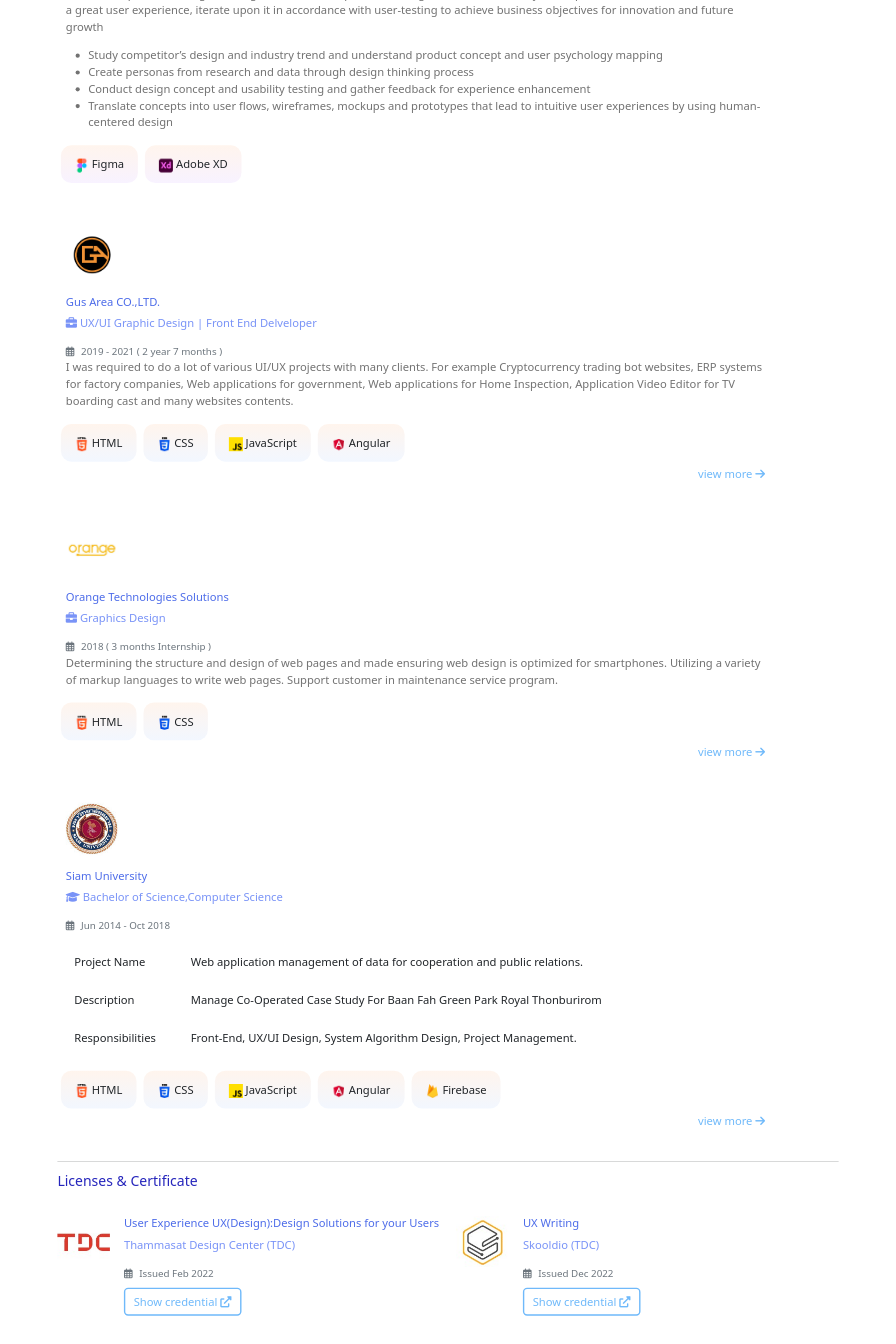
Repository: 0910th/portfolio
Page: index.html
The author's editor kept a copy of each file at every save. The page is drawn from the files as they stood at one save, then again after the next save.
The browser window is 1280 px wide. The pictures show the part of the page from y = 1101 to 3021 px (the page is 3021 px tall), at 70% of full size.

Above is the page before, as saved 2022-12-23 17:07:17.

### index.html
<!doctype html>
<html lang="en">

<head>
    <meta charset="utf-8">
    <meta name="viewport" content="width=device-width, initial-scale=1">
    <title>Saranya Portfolio</title>

    <link href="./css/bootstrap.min.css" rel="stylesheet" crossorigin="anonymous">
    <link href="./css/mystyle.css" rel="stylesheet" crossorigin="anonymous">
    <!--font awesome -->
    <link rel="stylesheet" href="./fontawesome/css/all.css" type="text/css">
    <link rel="stylesheet" href="./fontawesome/css/fontawesome.css">
    <link rel="stylesheet" href="./fontawesome/css/brands.css">
    <link rel="stylesheet" href="./fontawesome/css/solid.css">
</head>

<body>

    <div class="container-md">
        <!-- Content here -->
        <!-- section01 Name  -->
        <div class="row mg-30">
            <h4 class="purple-deep">Saranya Kemayura</h4>
            <p class="purple-light">User Experience Designer | Front End Developer</p>
            <p ><i class="fa-solid fa-location-dot"></i> Bangkok , Thailand </p>
        </div>
        <hr>
        <div class="row mg-30 bg-gradient-head">

            <h5 class="purple-deep">About</h5>
            <p class="purple-trans">design user experience towards innovation that meet user’s needs and solve problems with good methodology of
                research,
                design, prototyping, and testing as well as to the next level of service & experience</p>
        </div>
        <hr>
        <div class="row mg-30">
            <h5 class="purple-deep">Skills</h5>
            <div class="row justify-content-center">
                <div class="badge-text code">HTML</div>
                <div class="badge-text code">JavaScript</div>
                <div class="badge-text code">CSS</div>
                <div class="badge-text code">Angular</div>
                <div class="badge-text design">Figma</div>
                <div class="badge-text design">Adobe XD</div>
            </div>


            <div class="row">
                <div class="row justify-content-center">
                    <div class="col-md-4 col-sm-6 col-sx-12 card-skills">
                        <img class="card-icon" src="/images/user-interface.png">
                        Experience in using UX design best practices to design solutions, and a deep understanding of mobile-first and
                        responsive design
                    </div>
                    <div class="col-md-4 col-sm-6 col-sx-12 card-skills">
                        <img class="card-icon" src="/images/user-interface-research.png">
                        Experience in human-centered design (HCD), planning and conducting user research, usability and accessibility concerns
                    </div>
                </div>
            </div>

        </div>
        <hr>
        <div class="row">

            <h5 class="purple-deep">Experience</h5>
            <div class="row mg-30 vertical-line">
                <div class="col">
                    <img class="office-logo" src="/images/cignalogo.png">
                </div>
                <div class="col-11">
                    <h6 class="purple-light"> Cigna Insuarance Thailand </h6>
                    <p class="purple-trans"><i class="fa-solid fa-briefcase"></i> User Experience Designer </p>
                    <small class="text-muted"> <i class="fa-regular fa-calendar-days"></i> 2021 - Present </small>

                    <p > The User Experience Designer at Cigna Thailand is expected to design overall functionality of the product & service in
                    order to ensure a great user experience, iterate upon it in accordance with user-testing to achieve business objectives
                    for innovation and future growth </p>
                        <ul>
                            <li>Study competitor’s design and industry trend and understand product concept and user psychology mapping</li>
                            <li>Create personas from research and data through design thinking process</li>
                            <li>Conduct design concept and usability testing and gather feedback for experience enhancement</li>
                            <li>Translate concepts into user flows, wireframes, mockups and prototypes that lead to intuitive user experiences by
                            using human-centered design</li>
                        </ul>
                        <div class="row">
                            <div class="badge-text design"><img src="/images/figma.png" class="icon-logo"> Figma </div>
                            <div class="badge-text design"><img src="/images/xd.png" class="icon-logo"> Adobe XD </div>

                        </div>
                </div>

            </div>
            <div class="row mg-30 vertical-line">
                <div class="col">
                    <img class="office-logo" src="/images/guslogo.png">
                </div>
                <div class="col-11">
                    <h6 class="purple-light"> Gus Area CO.,LTD.   </h6>
                    <p class="purple-trans"> <i class="fa-solid fa-briefcase"></i> UX/UI Graphic Design | Front End Delveloper </p>
                    <small class="text-muted"> <i class="fa-regular fa-calendar-days"></i> 2019 - 2021 ( 2 year 7 months ) </small>

                    <p> I was required to do a lot of various UI/UX projects with many clients. For example Cryptocurrency trading bot websites,
                    ERP systems for factory companies, Web applications for government, Web applications for Home Inspection, Application
                    Video Editor for TV boarding cast and many websites contents.  </p>
                    <div class="row">
                        <div class="badge-text code"><img src="/images/html-5.png" class="icon-logo"> HTML </div>
                        <div class="badge-text code"><img src="/images/css-3.png" class="icon-logo"> CSS </div>
                        <div class="badge-text code"><img src="/images/js.png" class="icon-logo"> JavaScript </div>
                        <div class="badge-text code"><img src="/images/angular.png" class="icon-logo"> Angular </div>
                    </div>
                    <div class="align-end">
                        <a href="https://drive.google.com/file/d/1GT6gE9DtqS3qcQ0BoRsfJf4KunN4CFvU/view?usp=share_link" target="_blank"> view
                            more <i class="fa-sharp fa-solid fa-arrow-right"></i> </a>
                    </div>

                </div>

            </div>
            <div class="row mg-30 vertical-line">
                <div class="col">
                    <img class="office-logo" src="/images/orangelogo.jpg">
                </div>
                <div class="col-11">
                    <h6 class="purple-light"> Orange Technologies Solutions   </h6>
                    <p class="purple-trans"> <i class="fa-solid fa-briefcase"></i> Graphics Design </p>
                    <small class="text-muted"> <i class="fa-regular fa-calendar-days"></i> 2018 ( 3 months Internship ) </small>

                    <p> Determining the structure and design of web pages and made
                        ensuring web design is optimized for smartphones. Utilizing a variety of
                        markup languages to write web pages. Support customer in maintenance
                        service program. </p>
                    <div class="row">
                        <div class="badge-text code"><img src="/images/html-5.png" class="icon-logo"> HTML </div>
                        <div class="badge-text code"><img src="/images/css-3.png" class="icon-logo"> CSS </div>
                    </div>
                    <div class="align-end">
                        <a href="https://drive.google.com/file/d/1MODC7KRE6SoKk1lN0rvdMFdlt3xqDC_x/view?usp=sharing" target="_blank"> view
                            more <i class="fa-sharp fa-solid fa-arrow-right"></i> </a>
                    </div>
                </div>

            </div>
            <div class="row mg-30 vertical-line">
                <div class="col">
                    <img class="office-logo" src="/images/siamlogo.jpg">
                </div>
                <div class="col-11">
                    <h6 class="purple-light"> Siam University </h6>
                    <p class="purple-trans"> <i class="fa-solid fa-graduation-cap"></i> Bachelor of Science,Computer Science </p>
                    <small class="text-muted"> <i class="fa-regular fa-calendar-days"></i> Jun 2014 - Oct 2018 </small>

                    <div class="row mg-30">
                        <div class="col-md-2"> Project Name </div>
                        <div class="col-md-10"> Web application management of data for cooperation and public
                        relations. </div>
                    </div>
                    <div class="row mg-30">
                        <div class="col-md-2"> Description </div>
                        <div class="col-md-10"> Manage Co-Operated Case Study For Baan Fah Green Park Royal
                            Thonburirom </div>
                    </div>
                    <div class="row mg-30">
                        <div class="col-md-2"> Responsibilities </div>
                        <div class="col-md-10"> Front-End, UX/UI Design, System Algorithm Design, Project Management. </div>
                    </div>
                    <div class="row">
                        <div class="row">
                            <div class="badge-text code"><img src="/images/html-5.png" class="icon-logo"> HTML </div>
                            <div class="badge-text code"><img src="/images/css-3.png" class="icon-logo"> CSS </div>
                            <div class="badge-text code"><img src="/images/js.png" class="icon-logo"> JavaScript </div>
                            <div class="badge-text code"><img src="/images/angular.png" class="icon-logo"> Angular </div>
                            <div class="badge-text code"><img src="/images/firebaselogo.png" class="icon-logo"> Firebase </div>

                        </div>
                    </div>
                    <div class="align-end">
                        <a href="https://drive.google.com/file/d/1-WiQ9sEVFjpiMQZhy3hezphQuEG-YV4b/view?usp=sharing" target="_blank"> view more <i class="fa-sharp fa-solid fa-arrow-right"></i> </a>
                    </div>
                </div>

            </div>
        </div>
        <hr>
        <h5 class="purple-deep">Licenses & Certificate</h5>
        <div class="row">

                <div class="col-md-6 mg-30">
                    <div class="row">
                        <div class="col-md-2">
                            <img class="office-logo" src="/images/tdclogo.jpg">
                        </div>
                        <div class="col-md-10">
                            <h6 class="purple-light">User Experience UX(Design):Design Solutions for your Users</h6>
                            <p class="purple-trans">Thammasat Design Center (TDC)</p>
                            <small class="text-muted"><i class="fa-regular fa-calendar-days"></i> Issued Feb 2022 </small>
                            <div class="">
                                <a class="btn btn-outline-primary"
                                    href="https://drive.google.com/file/d/1K9nLmPM9IpYpREJaLTQpupgg0pyApNxf/view?usp=sharing" target="_blank">Show
                                    credential <i class="fa-solid fa-up-right-from-square"></i> </a>
                            </div>
                        </div>
                    </div>

                </div>
                <div class="col-md-6 mg-30">
                    <div class="row">
                        <div class="col-md-2">
                            <img class="office-logo" src="/images/skooldiologo.jpg">
                        </div>
                        <div class="col-md-10">
                            <h6 class="purple-light">UX Writing</h6>
                            <p class="purple-trans">Skooldio (TDC)</p>
                            <small class="text-muted"><i class="fa-regular fa-calendar-days"></i> Issued Dec 2022 </small>
                            <div class="">
                                <a class="btn btn-outline-primary" href="https://drive.google.com/file/d/1BEAHY4evkZaUVi4WXsF9LlQV7Dov4a3x/view?usp=sharing" target="_blank">Show credential <i class="fa-solid fa-up-right-from-square"></i> </a>
                            </div>
                        </div>
                    </div>

                </div>

        </div>

    </div>

    <!-- script -->
    <script src="https://cdn.jsdelivr.net/npm/@popperjs/core@2.11.6/dist/umd/popper.min.js"
        integrity="sha384-oBqDVmMz9ATKxIep9tiCxS/Z9fNfEXiDAYTujMAeBAsjFuCZSmKbSSUnQlmh/jp3"
        crossorigin="anonymous"></script>
    <script src="https://cdn.jsdelivr.net/npm/bootstrap@5.2.3/dist/js/bootstrap.min.js"
        integrity="sha384-cuYeSxntonz0PPNlHhBs68uyIAVpIIOZZ5JqeqvYYIcEL727kskC66kF92t6Xl2V"
        crossorigin="anonymous"></script>
</body>

</html>

### css/mystyle.css
/*
body {
   background-color:  #f2f6ff;
} */
p , small , ul > li {
    color: #727272;
}
.text-right {
    text-align: right;
}
.mg-30 {
    margin: 30px 0px;
}
.purple-deep {
    color: #2626bc;
}
.purple-light {
    color: #4d6ce9;
}
.purple-trans {
    color:#7993f7;
}
.badge-text {
    padding: 15px 20px;
    margin: 5px 5px;
    text-align: justify;
    vertical-align: middle;
    width: max-content;
    border-radius: 15px;

}
.badge-text.code {
    background-color: #f0f8ff;
    background: linear-gradient(180deg,rgba(255,153,80,.1),rgba(129, 177, 255, 0.1));
}
.badge-text.design {
    background-color: #fff3b7;
    background: linear-gradient(180deg,rgba(255,153,80,.1),rgba(184,129,255,.1));

}
.card-skills{
    color: #6583fe;
    background: #fefefe;
    border-radius: 16px;
    border: 2px solid #ebebeb;
    padding: 50px 35px;
    margin: 30px;
    box-shadow: 0 10px 30px rgba(184,129,255,.1);
}
.card-icon {
    text-align: center;
    display: block;
    width: 80px;
    height: auto;
    margin-left: auto;
    margin-right: auto;
    margin-bottom: 20px;
}
.icon-logo {
    max-width: 20px;
    height: auto;
}
.office-logo {
    max-width: 75px;
    margin-bottom: 20px;
}
.align-end {
    text-align: right;
}
.align-end a {
    text-decoration: none;
    color: #6fb9fa;
}
.align-end a:hover {
    color:#54adfa;
}
small > i {
    margin-right: 6px;
}
a.btn.btn-outline-primary {
    margin: 10px 0;
    color:  #6fb9fa;
    border: 2px solid #6fb9fa;

}
a.btn.btn-outline-primary:hover {
    color:  #ffffff;
    border-color: #54adfa;
    background-color:  #54adfa;
}
@media (max-width:450px) {
    .vertical-line {
        border-left: 2px solid #e3e3e3;
        margin-left: 15px;
    }
}

Loaded but not shown: css/bootstrap.min.css (library); fontawesome/css/all.css (library); fontawesome/css/fontawesome.css (library); fontawesome/css/solid.css (common file); fontawesome/css/brands.css (1432 lines, source omitted)

After the next save:
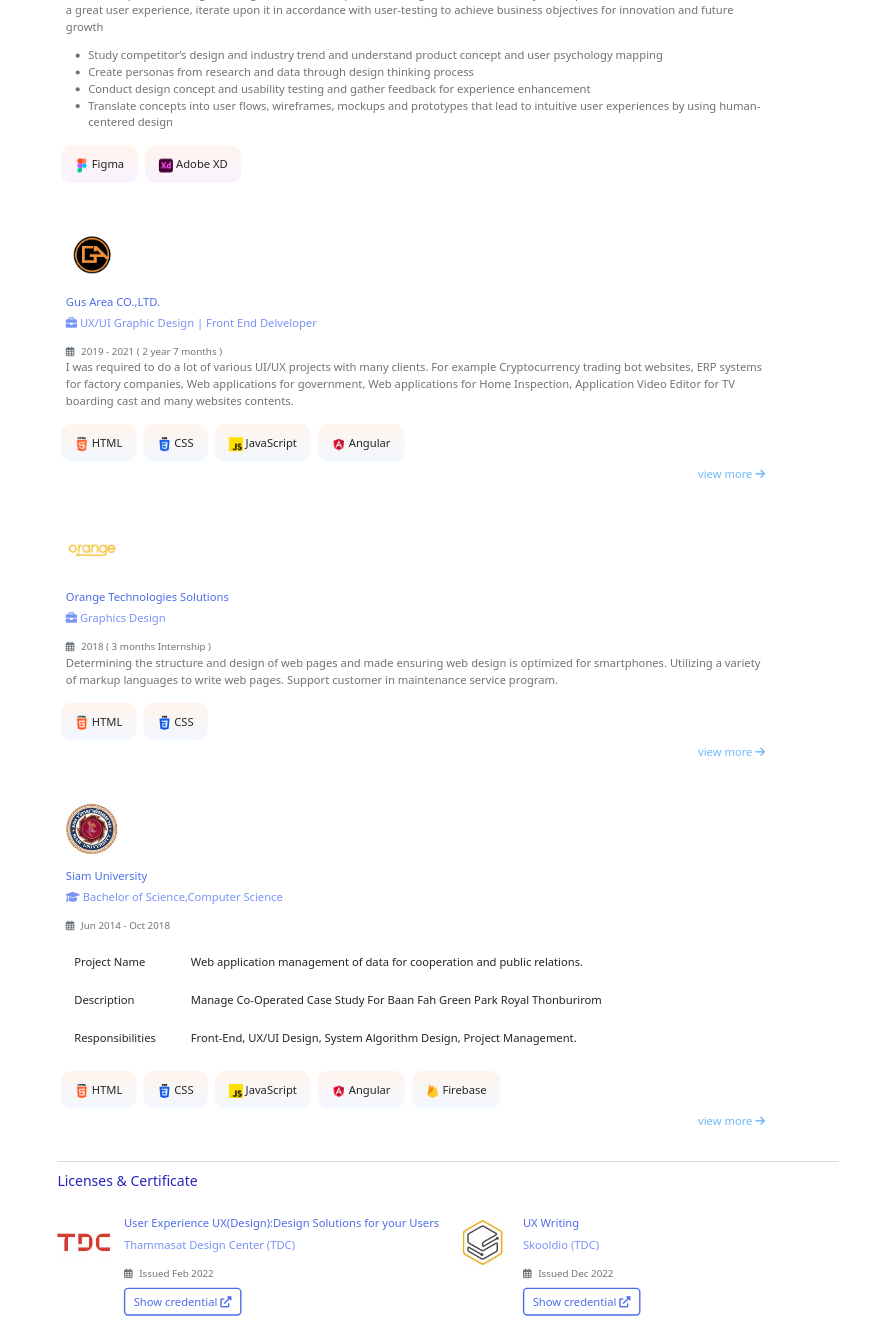
Saved 2 min 20 s later.
--- a/css/mystyle.css
+++ b/css/mystyle.css
@@ -79,14 +79,14 @@
 }
 a.btn.btn-outline-primary {
     margin: 10px 0;
-    color:  #6fb9fa;
-    border: 2px solid #6fb9fa;
+    color:  #4d6ce9;
+    border: 2px solid #4d6ce9;
 
 }
 a.btn.btn-outline-primary:hover {
     color:  #ffffff;
-    border-color: #54adfa;
-    background-color:  #54adfa;
+    border-color: #2626bc;
+    background-color:  #2626bc;
 }
 @media (max-width:450px) {
     .vertical-line {
